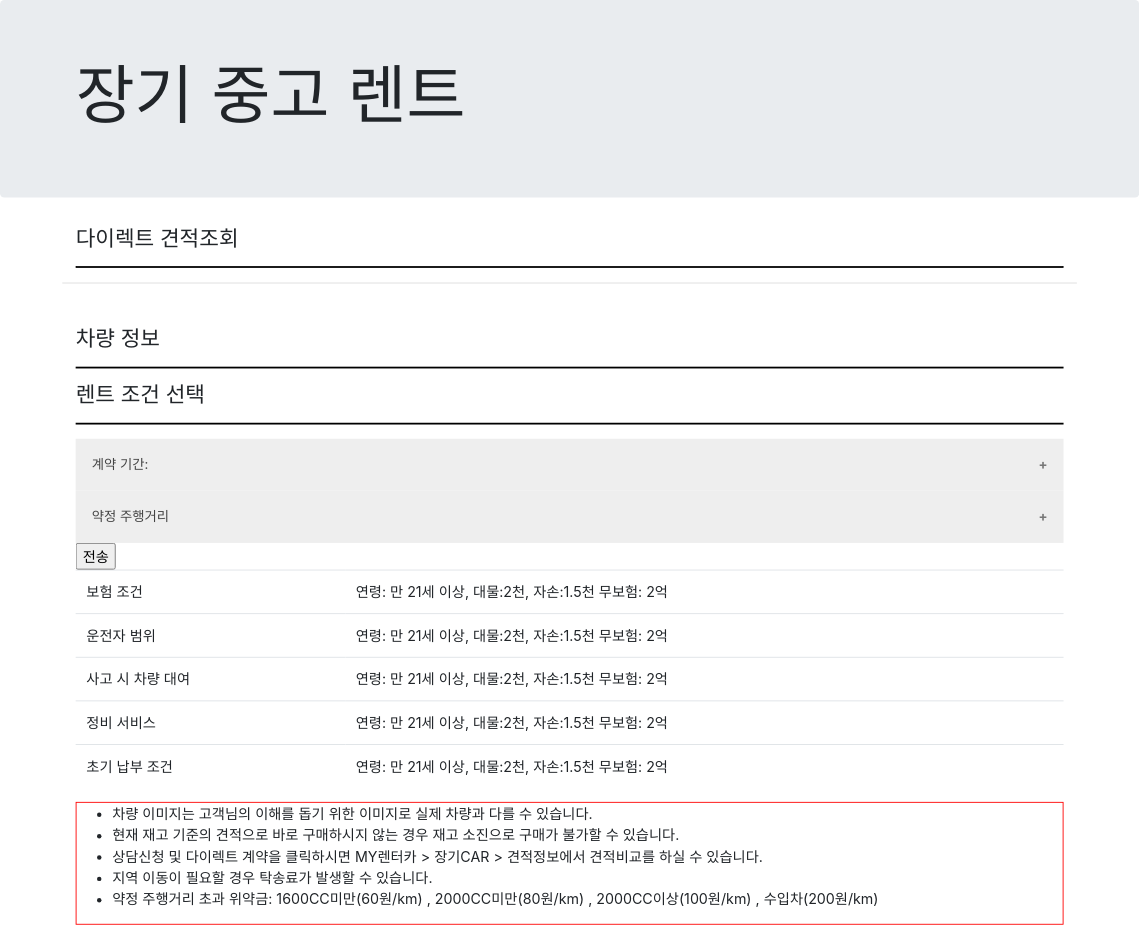
Repository: hyebinkim00/Project
Page: http://localhost/jsp/long_lent_oldcar/carLent.jsp
These files come from the project's save history. The page is drawn as it stood at one moment and after the next save; the edit follows.
The browser window is 1280 px wide. The pictures show the whole page, at 89% of full size.
The page is served by Tomcat 9. Other server files are loaded and not shown. Queries for data that is not in the repository find no rows.

Above is the page before, as saved 2020-09-15 14:38:01.

### jsp/WebContent/long_lent_oldcar/carLent.jsp
<%@page import="java.net.URLDecoder"%>
<%@page language="java" contentType="text/html; charset=UTF-8" pageEncoding="UTF-8"%>
<%@taglib prefix="c" uri="http://java.sun.com/jsp/jstl/core" %>
<%@taglib prefix="sql" uri="http://java.sun.com/jsp/jstl/sql"  %>
<% request.setCharacterEncoding("utf-8");
//URLEncoder.encode

String carname=request.getParameter("carname");
/* String carname = new String(request.getParameter("carname").getBytes("8859_1"), "EUC-KR"); */

%>

<!DOCTYPE html>
<html>
<head>
<meta name="viewport" content="width=device-width, initial-scale=1">
<style>
.accordion {
  background-color: #eee;
  color: #444;
  cursor: pointer;
  padding: 18px;
  width: 100%;
  border: none;
  text-align: left;
  outline: none;
  font-size: 15px;
  transition: 0.4s;
}

.active, .accordion:hover {
  background-color: #ccc;
}

.accordion:after {
  content: '\002B';
  color: #777;
  font-weight: bold;
  float: right;
  margin-left: 5px;
}

.active:after {
  content: "\2212";
}

.panel {
  padding: 0 18px;
  background-color: white;
  max-height: 0;
  overflow: hidden;
  transition: max-height 0.2s ease-out;
}

div.f{
border: 1px solid red;}
</style>
<link rel="stylesheet" href="../resources/css/bootstrap.min.css" />
<meta charset="UTF-8" />
<title>장기 중고 상세</title>
<script src="https://code.jquery.com/jquery-3.5.1.min.js"></script>
<script src="https://ajax.googleapis.com/ajax/libs/jquery/3.5.1/jquery.min.js"></script>

</head>
<body>
<script type="text/javascript">

		function checkTest1() {

			let testValue = document.getElementById("cntrTermMm1").value;

			document.getElementById("result1").innerHTML = testValue;

		}
</script>

<script type="text/javascript">

		function checkTest2() {

			let testValue = document.getElementById("cntrTermMm2").value;

			document.getElementById("result2").innerHTML = testValue;

		}
</script>

	<div class="jumbotron">
		<div class="container">
			<h1 class="display-3">장기 중고 렌트</h1>
		</div>
	</div>

<div class="container">
<h4>다이렉트 견적조회</h4>
<hr style="border: solid 1px black " />

	<div class="row" style="border: 1px solid #eeeeee">
		<sql:setDataSource var="dataSource"
			url="jdbc:oracle:thin:@localhost:1521:XE"
			driver="oracle.jdbc.driver.OracleDriver"
			user="hr" password="hr"/>
			<sql:query var="resultSet" dataSource="${dataSource}">
			select * from member where id=?
			 <sql:param value="${param.carname}"/>
			</sql:query>
			<c:forEach var="row" items="${resultSet.rows}">
			<div class="col-md-5" style="border-spacing: 5px;">

				<img src="../resources/images/${row.carname}.jpg" style="width: 100%;">
			</div>
			<div class="col-md-1">

			</div>
			<div class="col-md-6">
				<br><br>


				<h3>
				<c:out value="${row.carname}"/>
				</h3>

				<hr>
				<table>
					<tr>
						<td colspan="2"><span><strong>모델명</strong></span></td>
						<td>올 뉴모닝 1.0[가솔린]VAN</td>
					</tr>
					<tr>
						<td colspan="2"><span><strong>소비자 가</strong></span>  &nbsp; &nbsp; &nbsp;</td>
						<td>10,700,000 원</td>
					</tr>
					<tr>
						<td colspan="2"><span><strong>계약 기간</strong></span></td>
						<td>최대11개월</td>
					</tr>
				</table>
				<hr>
				<p>
					표준렌탈료 &nbsp; &nbsp; &nbsp; <font size="5" color="red"> 280,000</font>원
				</p>

			</div>
			</c:forEach>
		</div>



		<div>
		<br><br>
			<h4>차량 정보</h4>
			<hr style="border: solid 1px black " />
			<div>
			<sql:query var="resultSet" dataSource="${dataSource}">
			select * from member where id=?
			 <sql:param value="${param.carname}"/>
			</sql:query>
			<c:forEach var="row" items="${resultSet.rows}">
				<table class="table" id="table">
					<tr>
						<th class="bg-light text-dark">제조사</th>
						<td><c:out value="${row.facname}"></c:out></td>
						<th class="bg-light text-dark">차량번호</th>
						<td><c:out value="${row.id}"></c:out></td>
					</tr>
					<tr>
						<th class="bg-light text-dark">차종</th>
						<td><c:out value="${row.carnum}"></c:out></td>
						<th class="bg-light text-dark">최초 등록일</th>
						<td>2017-10-18</td>
					</tr>
					<tr>
						<th class="bg-light text-dark">모델명</th>
						<td colspan="3">올 뉴모닝 1.0[가솔린]VAN</td>
					</tr>
					<tr>
						<th class="bg-light text-dark">제조사차량옵션</th>
						<td colspan="3">4단자동변속기</td>
					</tr>
					<tr>
						<th class="bg-light text-dark" >제조사차량옵션2</th>
						<td colspan="3">-</td>
					</tr>
					<tr>
						<th class="bg-light text-dark">주행거리</th>
						<td>62,256 km</td>
						<th class="bg-light text-dark">연료</th>
						<td>휘발유</td>
					</tr>
					<tr>
						<th class="bg-light text-dark">배기량</th>
						<td>1,000 cc</td>
						<th class="bg-light text-dark">색상</th>
						<td>스파클링실버</td>
					</tr>
					<tr>
						<th class="bg-light text-dark">지역</th>
						<td colspan="3"></td>
					</tr>
				</table>
				</c:forEach>
			</div>
		</div>

<div>
<h4> 렌트 조건 선택 </h4>
<hr style="border: solid 1px black " />


<form method="post" action="NewFile.jsp" >

<button type="button" class="accordion">계약 기간: &nbsp;&nbsp;&nbsp;<span id="result1"></span></button>
<div class="panel"><span>차량 운행할수 있는 총 대여기간: &nbsp; &nbsp; &nbsp; &nbsp;</span>
<select name="cntrTermMm1" id="cntrTermMm1" class="option01" onchange="checkTest1()" >
<option value="1개월">1개월</option>
<option value="2개월">2개월</option>
<option value="3개월">3개월</option>
<option value="4개월">4개월</option>
<option value="5개월">5개월</option>
</select>
</div>

<button type="button" class="accordion">약정 주행거리  <span id="result2"></span></button>
<div class="panel"><span>계약기간 총 주행거리 초과 시 위약금 발생   </span>
<select  name="cntrTermMm2" id="cntrTermMm2"  class="option01" onchange="checkTest2()" >
<option value="월 2천 Km이하">월 2천 Km이하</option>
<option value="월 3천 Km이하">월 3천 Km이하</option>
<option value="월 4천 Km이하">월 4천 Km이하</option>
</select>

</div>
<input type="submit" value="전송">
</form>
</div>




<table class="table talbe-hover">
<tr><td>보험 조건</td><td>연령: 만 21세 이상, 대물:2천, 자손:1.5천 무보험: 2억</td></tr>
<tr><td>운전자 범위</td><td>연령: 만 21세 이상, 대물:2천, 자손:1.5천 무보험: 2억</td></tr>
<tr><td>사고 시 차량 대여</td><td>연령: 만 21세 이상, 대물:2천, 자손:1.5천 무보험: 2억</td></tr>
<tr><td>정비 서비스</td><td>연령: 만 21세 이상, 대물:2천, 자손:1.5천 무보험: 2억</td></tr>
<tr><td>초기 납부 조건</td><td>연령: 만 21세 이상, 대물:2천, 자손:1.5천 무보험: 2억</td></tr>
</table>

<div class="f">
<ul>
<li>차량 이미지는 고객님의 이해를 돕기 위한 이미지로 실제 차량과 다를 수 있습니다.</li>
<li>현재 재고 기준의 견적으로 바로 구매하시지 않는 경우 재고 소진으로 구매가 불가할 수 있습니다.</li>
<li>상담신청 및 다이렉트 계약을 클릭하시면 <span class="cl-point2">MY렌터카 &gt; 장기CAR &gt; 견적정보</span>에서 견적비교를 하실 수 있습니다.</li>
<li>지역 이동이 필요할 경우 탁송료가 발생할 수 있습니다.</li>
<li>약정 주행거리 초과 위약금: 1600CC미만(60원/km) , 2000CC미만(80원/km) , 2000CC이상(100원/km) , 수입차(200원/km)</li>
</ul>

</div>




</div>










<script>
var acc = document.getElementsByClassName("accordion");
var i;

for (i = 0; i < acc.length; i++) {
  acc[i].addEventListener("click", function() {
    this.classList.toggle("active");
    var panel = this.nextElementSibling;
    if (panel.style.maxHeight) {
      panel.style.maxHeight = null;
    } else {
      panel.style.maxHeight = panel.scrollHeight + "px";
    }
  });
}
</script>

</body>
</html>

Loaded but not shown: jsp/WebContent/resources/css/bootstrap.min.css (library)

After the next save:
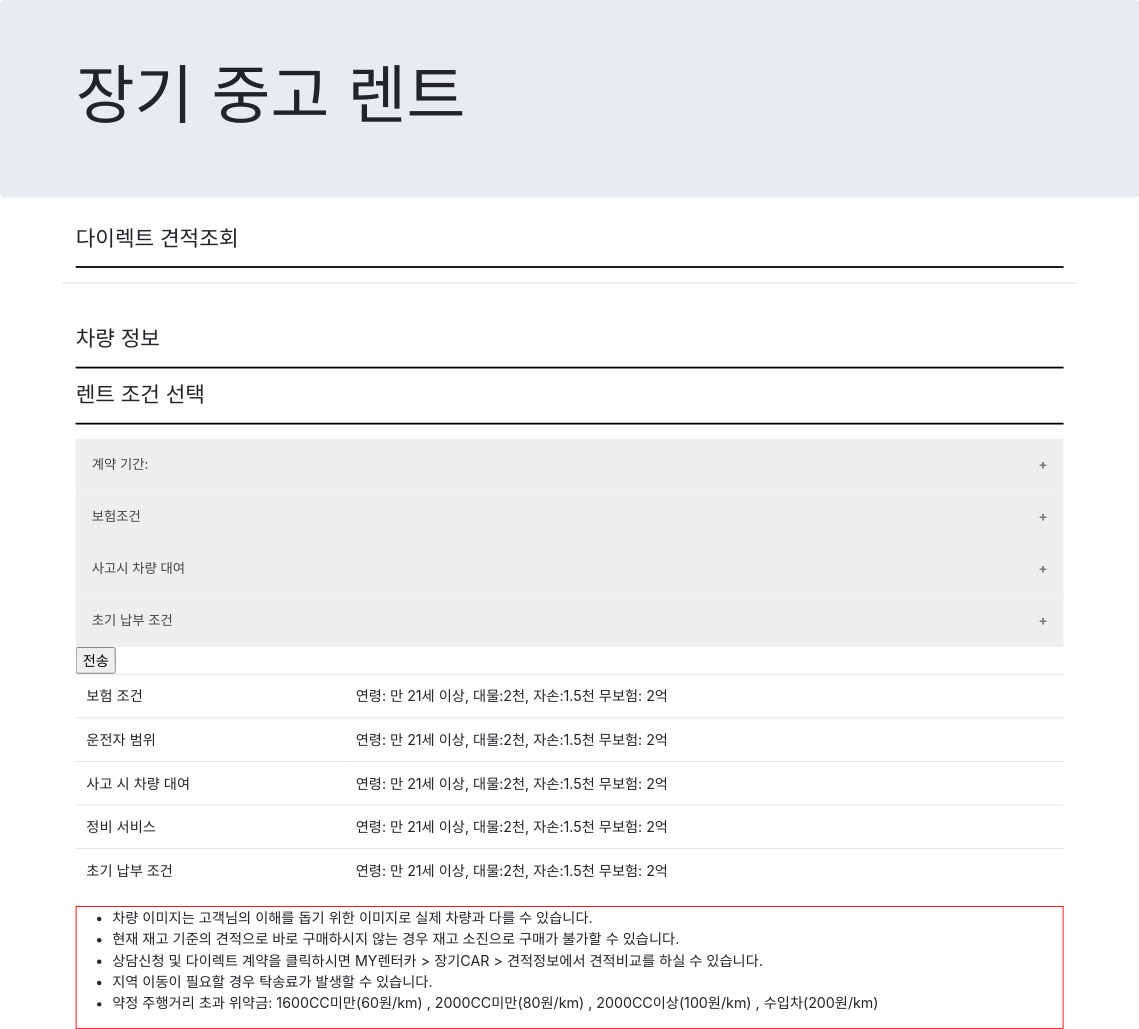
Saved 8 min 16 s later.
--- a/jsp/WebContent/long_lent_oldcar/carLent.jsp
+++ b/jsp/WebContent/long_lent_oldcar/carLent.jsp
@@ -220,15 +220,31 @@ border: 1px solid red;}
 </select>
 </div>
 
-<button type="button" class="accordion">약정 주행거리  <span id="result2"></span></button>
+<button type="button" class="accordion">보험조건  <span id="result2"></span></button>
 <div class="panel"><span>계약기간 총 주행거리 초과 시 위약금 발생   </span>
-<select  name="cntrTermMm2" id="cntrTermMm2"  class="option01" onchange="checkTest2()" >
+<select  name="cntrTermMm2" id="cntrTermMm2"  class="option02" onchange="checkTest2()" >
 <option value="월 2천 Km이하">월 2천 Km이하</option>
 <option value="월 3천 Km이하">월 3천 Km이하</option>
 <option value="월 4천 Km이하">월 4천 Km이하</option>
 </select>
-
-</div>
+</div>
+
+<button type="button" class="accordion">사고시 차량 대여  <span id="result3"></span></button>
+<div class="panel"><span>사고 시 차량 대여 서비스  </span>
+<select  name="cntrTermMm3" id="cntrTermMm3"  class="option03"  >
+<option value="yes">포함</option>
+<option value="no">불 포함</option>
+</select>
+</div>
+
+<button type="button" class="accordion">초기 납부 조건  <span id="result4"></span></button>
+<div class="panel"><span>할인 조건  </span>
+<select  name="cntrTermMm4" id="cntrTermMm4"  class="option04"  >
+<option value="5%">5% 할인</option>
+<option value="10%">10%할인</option>
+</select>
+</div>
+
 <input type="submit" value="전송">
 </form>
 </div>
